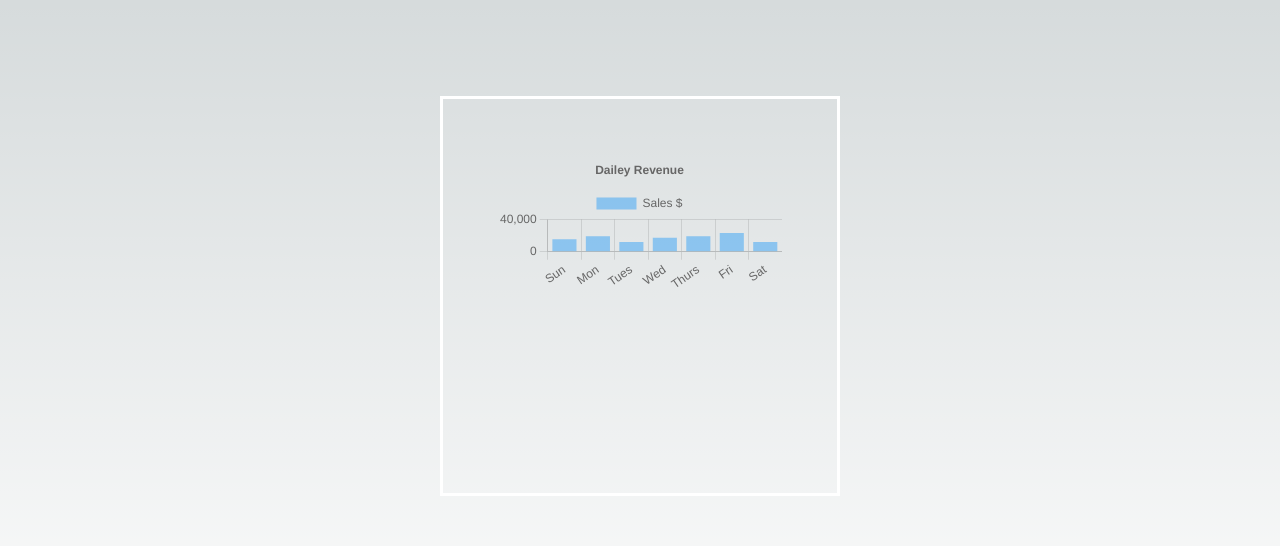
Repository: sierralaurent/MDIA2109-Class12
Page: /
These files come from the project's save history. The page is drawn as it stood at one moment and after the next save; the edit follows.
The browser window is 1280 px wide. The pictures show the whole page.
The project was rebuilt for these pictures with package versions that can differ from the ones it lists, and the page was loaded fresh each time. The framework's server and built-in components were replaced by stand-ins that run in the browser. Also part of the build but not shown: next.config.js.

Above is the page before, as saved 2023-03-24 09:06:01.

After the next save:
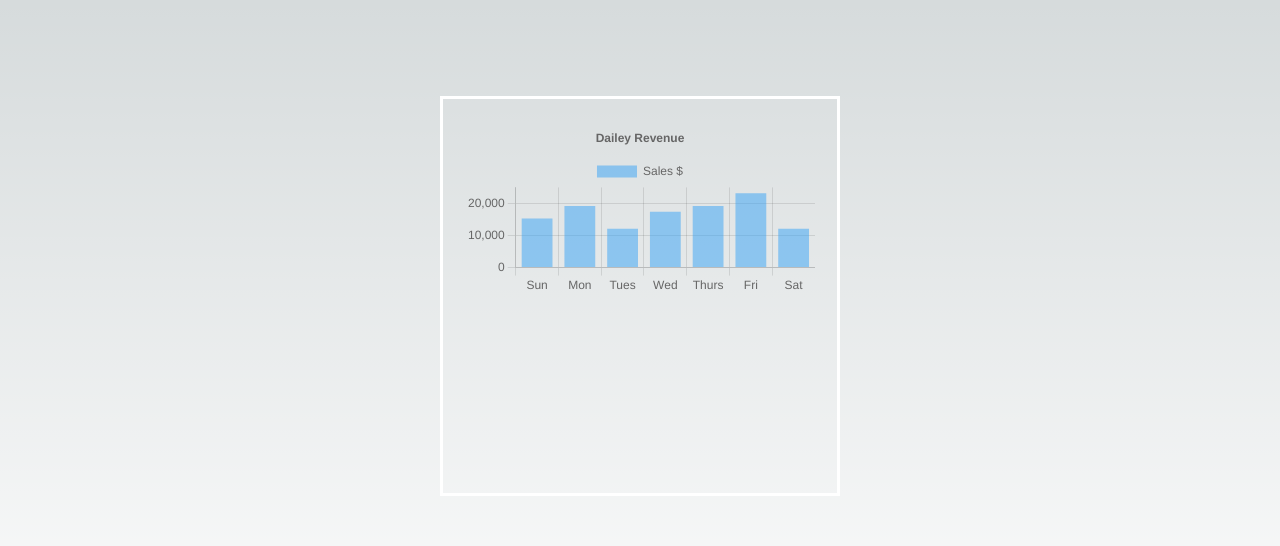
Saved 9 s later.
--- a/components/BarChart/BarChart.module.css
+++ b/components/BarChart/BarChart.module.css
@@ -2,5 +2,5 @@
     width: 400px;
     height: 400px;
     border: 3px solid white;
-    padding: 5%;
+    padding: 2%;
 }
